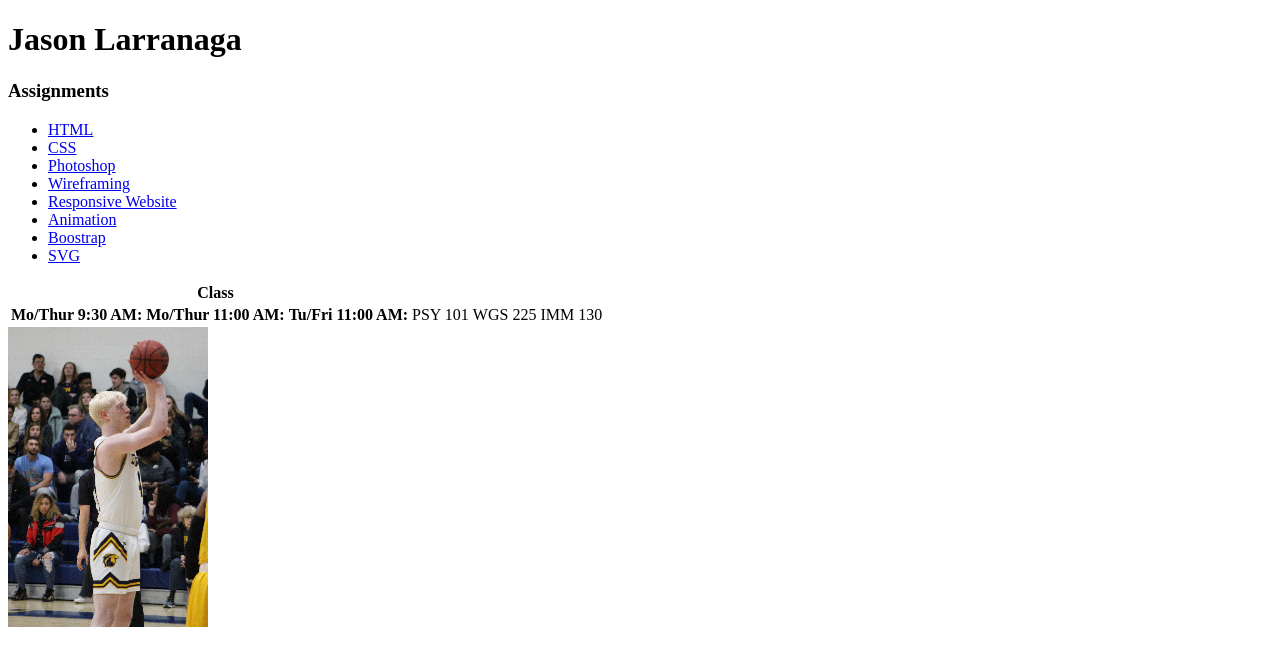
Repository: larranj1/my_website
Page: index.html
The author's editor kept a record of every edit. The page is drawn from the files as they stood at one moment, then again after the next edit.
The browser window is 1280 px wide. The pictures show the whole page.

Above is the page before.

### index.html
<!DOCTYPE html>
<h1> Jason Larranaga </h1>
<html>
    <head>

    </head>
    <body>

        <h3> Assignments </h3>
        <ul>
           <li> <a href = "assignments/html/index.html"> HTML </a> </li>
           <li> <a href = "assignments/css/index.html"> CSS </a> </li>
           <li> <a href = "assignments/photoshop/index.html"> Photoshop </a> </li>
           <li> <a href = "assignments/wireframing/index.html"> Wireframing </a> </li>
           <li> <a href = "assignments/responsive_website/index.html"> Responsive Website </a> </li>
           <li> <a href = "assignments/animation/index.html"> Animation </a> </li>
           <li> <a href = "assignments/boostrap/index.html"> Boostrap </a> </li>
           <li> <a href = "assignments/svg/index.html"> SVG </a> </li>
        </ul>

     <table>
         <tr>
             <th></th>
             <th scope="col"> Class </th>
         </tr>
         <tr>
             <th scope="row"> Mo/Thur 9:30 AM: </th>
             <th scope="row"> Mo/Thur 11:00 AM: </th>
             <th scope="row"> Tu/Fri 11:00 AM: </th>
             <td> PSY 101 </td>
             <td> WGS 225 </td>
             <td> IMM 130 </td>
         </tr>
     </table>
     <img src="me.jpg" alt="Me">
    </body>
</html>

After the next edit:
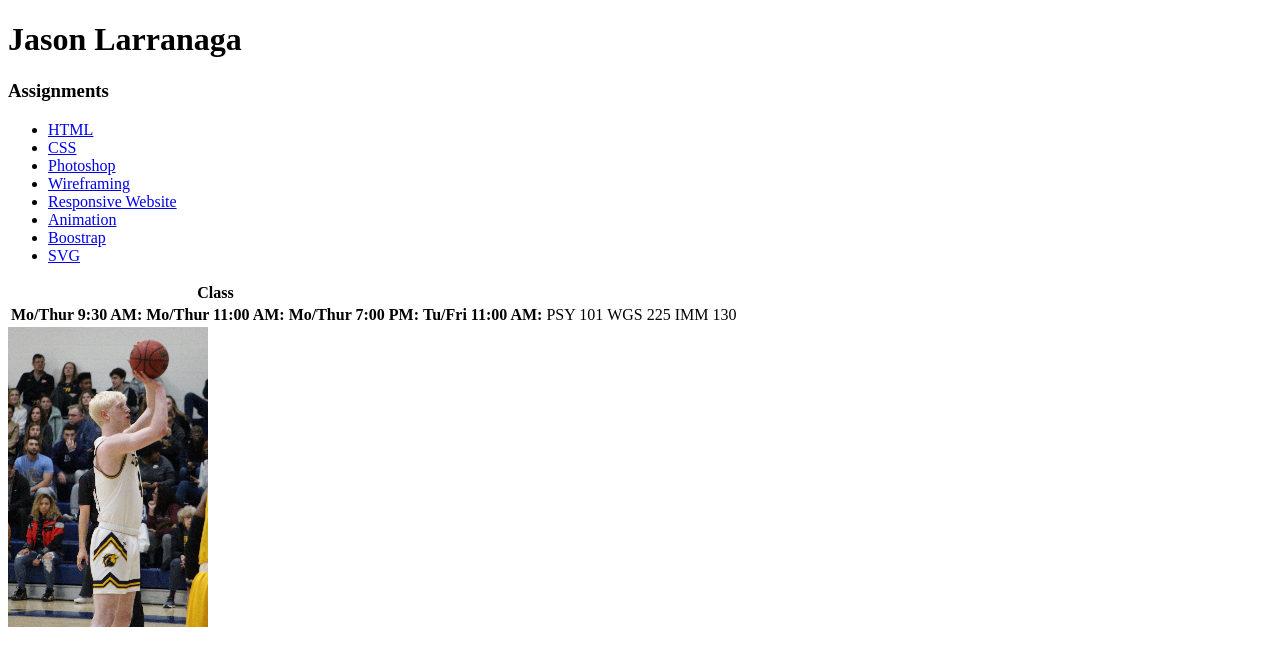
The edit:
--- a/index.html
+++ b/index.html
@@ -26,6 +26,7 @@
          <tr>
              <th scope="row"> Mo/Thur 9:30 AM: </th>
              <th scope="row"> Mo/Thur 11:00 AM: </th>
+             <th scope="row"> Mo/Thur 7:00 PM: </th>
              <th scope="row"> Tu/Fri 11:00 AM: </th>
              <td> PSY 101 </td>
              <td> WGS 225 </td>
